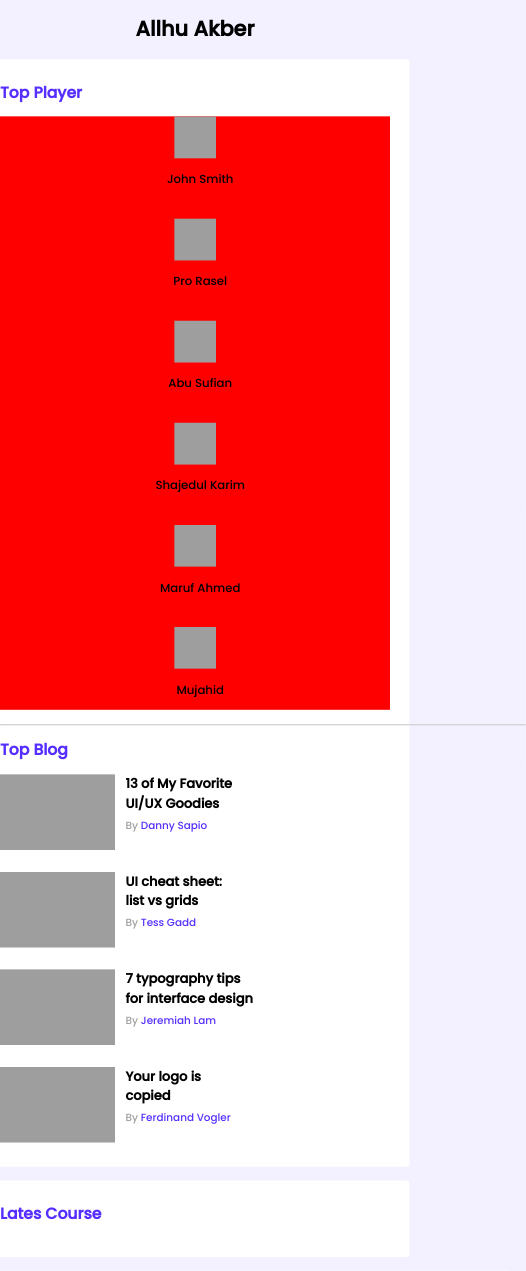
Repository: zjria/leader-board
Page: index.html
An editor plug-in stored every save of this project. The page is shown before and after the next save, followed by the edit.
The browser window is 600 px wide. The page is 809 px wide, so the pictures cover 809 px, including what lies to the right of the window. The pictures show the whole page, at 65% of full size.
Pictures or frames that could not be fetched are drawn as grey boxes.

Above is the page before, as saved 2022-09-05 08:31:58.

### index.html
<!DOCTYPE html>
<html lang="en">

<head>
    <meta charset="UTF-8">
    <meta http-equiv="X-UA-Compatible" content="IE=edge">
    <meta name="viewport" content="width=device-width, initial-scale=1.0">
    <title>leader-board</title>
    <!-- Font awesome -->
    <link rel="stylesheet" href="https://cdnjs.cloudflare.com/ajax/libs/font-awesome/6.2.0/css/all.min.css"
        integrity="sha512-xh6O/CkQoPOWDdYTDqeRdPCVd1SpvCA9XXcUnZS2FmJNp1coAFzvtCN9BmamE+4aHK8yyUHUSCcJHgXloTyT2A=="
        crossorigin="anonymous" referrerpolicy="no-referrer" />
    <!-- Custom CSS -->
    <link rel="stylesheet" href="/style/style.css">
</head>

<body>
    <h1>Allhu Akber</h1>
    <!-- Header Section -->
    <header>

    </header>
    <!-- Main Section -->
    <main>
        <section class="container">
            <div class="top-players">
                <h2 class="section-title">Top Player</h2>
                <div class="players">
                    <div class="player">
                        <img src="images/players/player-1.png" alt="">
                        <h3 class="name-title">John Smith</h3>
                    </div>
                    <div class="player">
                        <img src="images/players/player-2.png" alt="">
                        <h3 class="name-title">Pro Rasel</h3>
                    </div>
                    <div class="player">
                        <img src="images/players/player-3.png" alt="">
                        <h3 class="name-title">Abu Sufian</h3>
                    </div>
                    <div class="player">
                        <img src="images/players/player-4.png" alt="">
                        <h3 class="name-title">Shajedul Karim</h3>
                    </div>
                    <div class="player">
                        <img src="images/players/player-5.png" alt="">
                        <h3 class="name-title">Maruf Ahmed</h3>
                    </div>
                    <div class="player">
                        <img src="images/players/player-6.png" alt="">
                        <h3 class="name-title">Mujahid</h3>
                    </div>
                </div>
            </div>
            <hr class="horigantal-line">

            <!-- Blog information -->
            <div class="blog-information">
                <h2 class="section-title">Top Blog</h2>
                <div class="blogs-details">
                    <article class="blogs">
                        <div class="blog-thimble">
                            <img src="images/blogs/blog-1.png" alt="">
                        </div>
                        <div class="blog-contain">
                            <h2>13 of My Favorite <br> UI/UX Goodies</h2>
                            <p class="blog-auther">By <a href="">Danny Sapio</a></p>
                        </div>
                    </article>
                    <article class="blogs">
                        <div class="blog-thimble">
                            <img src="images/blogs/blog-2.png" alt="">
                        </div>
                        <div class="blog-contain">
                            <h2>UI cheat sheet: <br>
                                list vs grids</h2>
                            <p class="blog-auther">By <a href="">Tess Gadd</a></p>
                        </div>
                    </article>
                    <article class="blogs">
                        <div class="blog-thimble">
                            <img src="images/blogs/blog-3.png" alt="">
                        </div>
                        <div class="blog-contain">
                            <h2>7 typography tips <br>
                                for interface design</h2>
                            <p class="blog-auther">By <a href=""> Jeremiah Lam</a></p>
                        </div>
                    </article>
                    <article class="blogs">
                        <div class="blog-thimble">
                            <img src="images/blogs/blog-4.png" alt="">
                        </div>
                        <div class="blog-contain">
                            <h2>Your logo is <br>
                                copied</h2>
                            <p class="blog-auther">By <a href=""> Ferdinand Vogler</a></p>
                        </div>
                    </article>
                </div>
            </div>
        </section>
        <!-- Lates Course -->
        <section class="container">
            <h2 class="section-title">Lates Course</h2>
            <div class="course-all-info">
                <div class="course-details">
                    <div class="course-thumble">
                        <img src="images/courses/course-1.png" alt="">
                    </div>
                    <div class="course-title">
                        <h3>React - The Complete Guide 2022</h3>
                        <p>Reed Krakoff.</p>
                    </div>
                    <div class="course-info">
                        <div class="star-icon">
                            <i class="fa-solid fa-star field"></i>
                            <i class="fa-solid fa-star field"></i>
                            <i class="fa-solid fa-star field"></i>
                            <i class="fa-solid fa-star field"></i>
                            <i class="fa-solid fa-star not-field"></i>
                            <span>4.5</span>
                        </div>
                        <div class="time-duration">
                            <i class="fa-regular fa-clock"></i> 01.30hr
                        </div>
                    </div>
                </div>
                <div class="course-details">
                    <div class="course-thumble">
                        <img src="images/courses/course-2.png" alt="">
                    </div>
                    <div class="course-title">
                        <h3>Powerpoint 2020 Master Powerpoint Cour.</h3>
                        <p>Walter Scott</p>
                    </div>
                    <div class="course-info">
                        <div class="star-icon">
                            <i class="fa-solid fa-star field"></i>
                            <i class="fa-solid fa-star field"></i>
                            <i class="fa-solid fa-star field"></i>
                            <i class="fa-solid fa-star field"></i>
                            <i class="fa-solid fa-star not-field"></i>
                            <span>4.3</span>
                        </div>
                        <div class="time-duration">
                            <i class="fa-regular fa-clock"></i> 01.40hr
                        </div>
                    </div>
                </div>
                <div class="course-details">
                    <div class="course-thumble">
                        <img src="images/courses/course-3.png" alt="">
                    </div>
                    <div class="course-title">
                        <h3>The Complete JavaScript Course 2020</h3>
                        <p>Reed Krakoff.</p>
                    </div>
                    <div class="course-info">
                        <div class="star-icon">
                            <i class="fa-solid fa-star field"></i>
                            <i class="fa-solid fa-star field"></i>
                            <i class="fa-solid fa-star field"></i>
                            <i class="fa-solid fa-star field"></i>
                            <i class="fa-solid fa-star not-field"></i>
                            <span>4.5</span>
                        </div>
                        <div class="time-duration">
                            <i class="fa-regular fa-clock"></i> 02.20hr
                        </div>
                    </div>
                </div>
            </div>
        </section>
    </main>
</body>

</html>

### style/style.css
/* Google Fonts */
@import url('https://fonts.googleapis.com/css2?family=Poppins:wght@500&family=Roboto:wght@100;300;400;500;700;900&display=swap');

h1 {
    display: flex;
    justify-content: center;
}

/* Commant CSS Utilitis */
body {
    border: 0px;
    margin: 0px;
    font-family: 'Poppins', sans-serif;
    /* font-family: 'Roboto', sans-serif; */
    background-color: #F3F1FF;
}

/* Top Players Section */
main {
    display: flex;
    align-items: center;
    flex-direction: column;
}

.section-title {
    color: #562EFF;
    font-size: 24px;
}

.container {
    background-color: #FFFFFF;
    width: 870px;
    padding: 30px;
    margin-bottom: 21px;
    border-radius: 5px;
}

.top-players {
    /* padding: 30px; */
    margin-bottom: 22px;
}

h2.section-title {
    margin-top: 3px;
}

.players {
    display: grid;
    grid-template-columns: repeat(3, 1fr);
    grid-row-gap: 29px;
}

.player {
    display: flex;
    align-items: center;
}

.player img {
    width: 65px;
    height: 65px;
}

.name-title {
    margin-left: 16px;
    font-size: 18px;
    font-weight: normal;
}

.horigantal-line {
    border: 1px solid #D1D1D1;
    width: 807px;
    margin-bottom: 20px;
}

/* ------------------ blogs details information-------------- */
.blogs-details {
    display: grid;
    grid-template-columns: repeat(2, 1fr);
    grid-row-gap: 26px;
}

.blogs {
    display: flex;
}

.blogs .blog-thimble img {
    width: 177px;
    height: 117px;
    margin-right: 16px;
}

.blog-contain h2 {
    font-size: 20px;
    margin: 0;
}

.blog-contain .blog-auther {
    color: #9F9F9F;
    font-size: 16px;
}

.blog-contain .blog-auther a {
    color: #562EFF;
    font-size: 16px;
    text-decoration: none;
}

.blog-contain p {
    margin-top: 6px;
}

/* -------------------- course-info --------------- */
.course-all-info {
    display: grid;
    grid-template-columns: repeat(3, 1fr);
    grid-column-gap: 24px;
}

.course-details {
    width: 252px;
    box-shadow: 0px 5.34229px 13.3557px rgba(0, 0, 0, 0.05);
    border-radius: 5px;
    padding: 10px;
}

.course-thumble {
    justify-content: center;
    margin: 0 auto;
    align-items: center;
    text-align: center;
}

.course-thumble img {
    width: 224px;
    height: 104px;

}

.course-title h3 {
    font-size: 20px;
    color: #1E1E1E;
}

.course-title p {
    font-size: 16px;
    color: #ED6B4F;
}

.course-info {
    display: flex;
    align-items: center;
    justify-content: space-between;
}

.course-info .star-icon {
    font-size: 12px;

}

.course-info .rating {
    font-size: 14px;
    color: #A2A2A2;
    margin-left: 10px;

}

.course-info .star-icon .fa-star.field {
    color: #FFC014;
}

.course-info .star-icon .fa-star.not-field {
    color: #AEAEAE;
    opacity: 0.25;
}

/* ---------------
Media Query
-------------- */
/* Mobile Device */
@media screen and (max-width: 688px) {
    .players {
        background-color: red;
        grid-template-columns: repeat(1, 1fr);
    }

    .player {
        flex-direction: column;
    }

    .container {
        width: 100%;
    }

    .blogs-details {

        grid-template-columns: repeat(1, 1fr);

    }










    .course-all-info {
        display: none;
    }
}

After the next save:
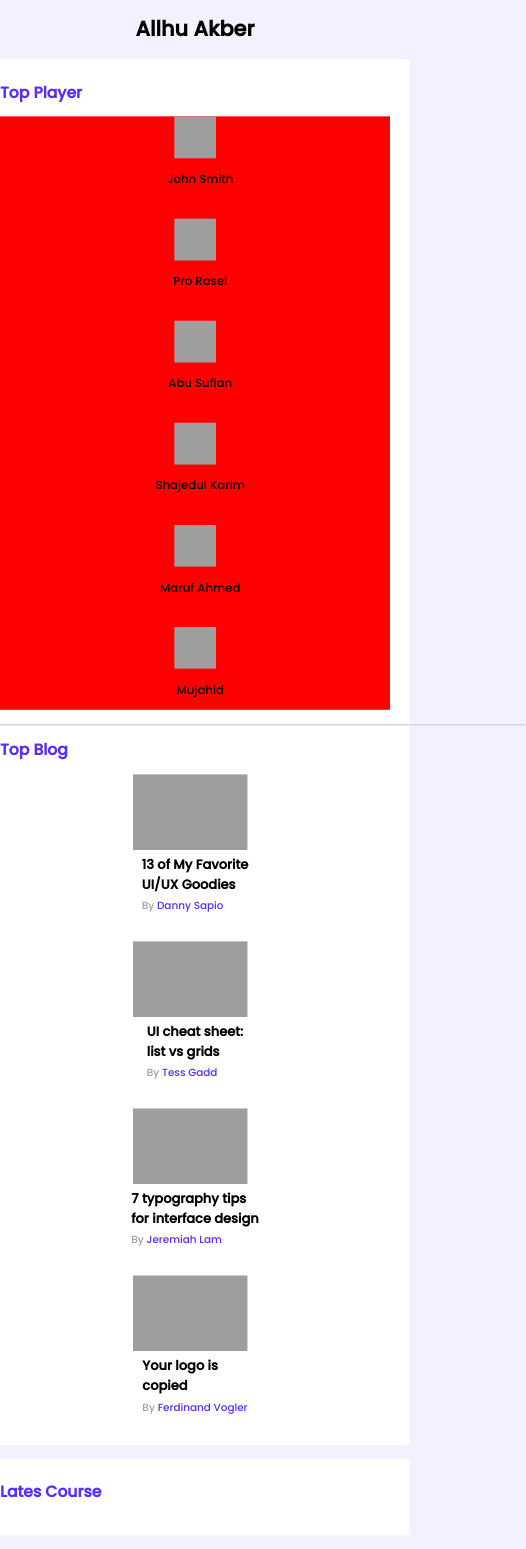
Saved 6 min 56 s later.
--- a/style/style.css
+++ b/style/style.css
@@ -191,6 +191,12 @@ Media Query
         width: 100%;
     }
 
+    .blogs {
+
+        flex-direction: column;
+        align-items: center;
+    }
+
     .blogs-details {
 
         grid-template-columns: repeat(1, 1fr);
